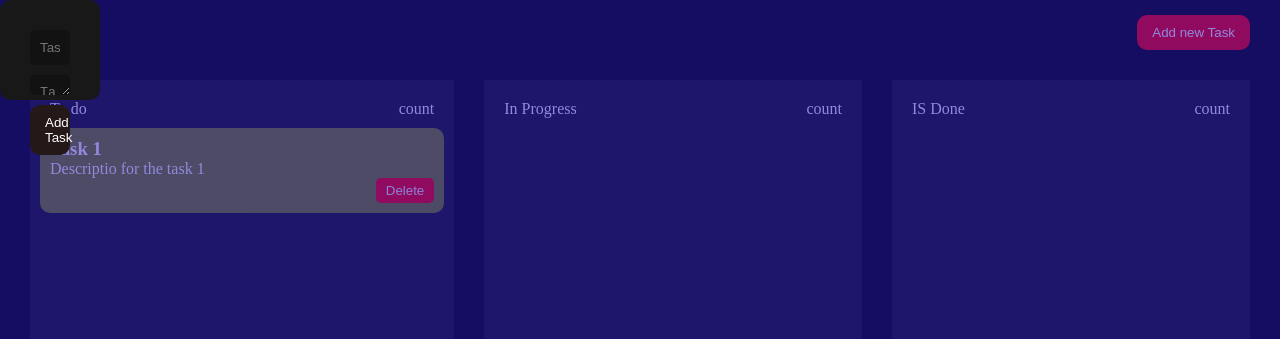
Repository: Sandeepji-5/Kanban-board
Page: index.html
An editor plug-in stored every save of this project. The page is shown before and after the next save, followed by the edit.
The browser window is 1280 px wide. The pictures show the whole page.

Above is the page before, as saved 2025-12-09 15:24:18.

After the next save:
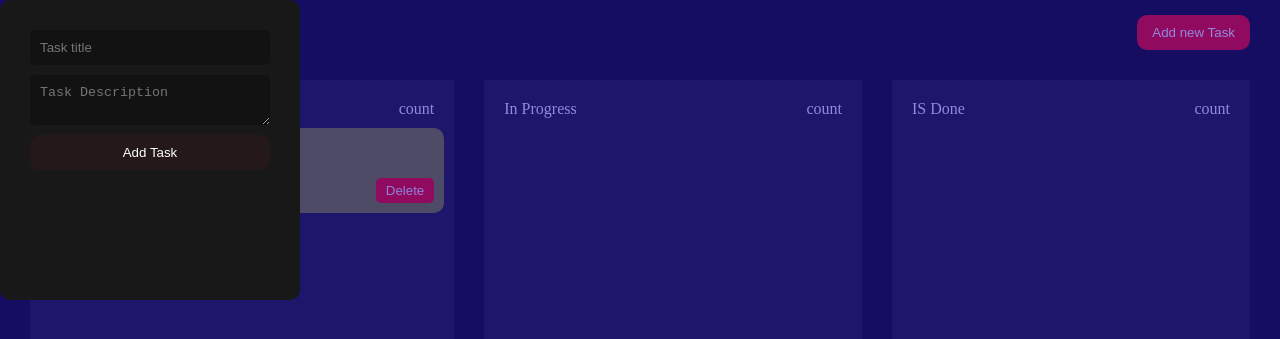
Saved 14 s later.
--- a/style.css
+++ b/style.css
@@ -167,8 +167,8 @@ section .task-column .task button{
     display: flex;
     flex-direction: column;
     gap: var(--padding-m);
-    height: 100px;
-    width: 100px;
+    height: 300px;
+    width: 300px;
 
 }
 
